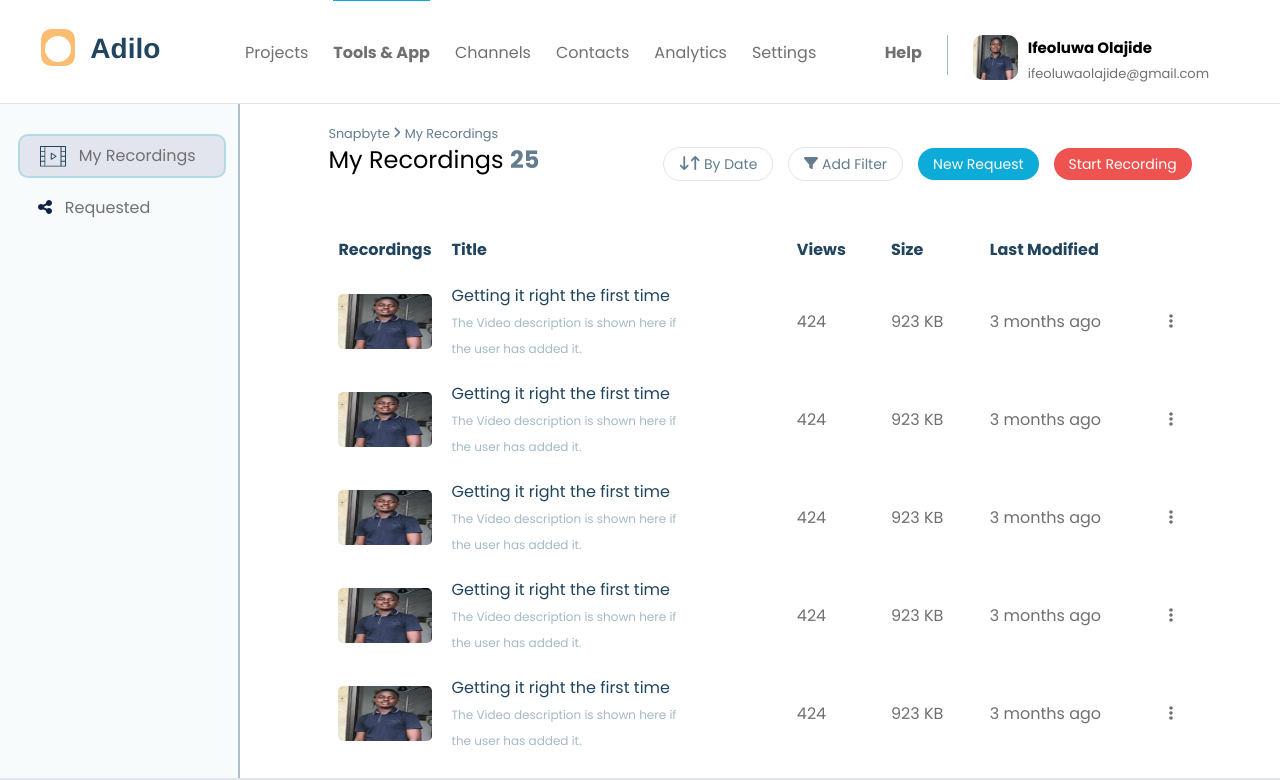
Repository: olhighjay/video_recorder
Page: /
The author's editor kept a copy of each file at every save. The page is drawn from the files as they stood at one save, then again after the next save.
The browser window is 1280 px wide. The pictures show the whole page.
Some web libraries are served in a nearby version. The project was rebuilt for these pictures with package versions that can differ from the ones it lists, and the page was loaded fresh each time. Also part of the build but not shown: vue.config.js.

Above is the page before, as saved 2022-07-29 08:32:15.

After the next save:
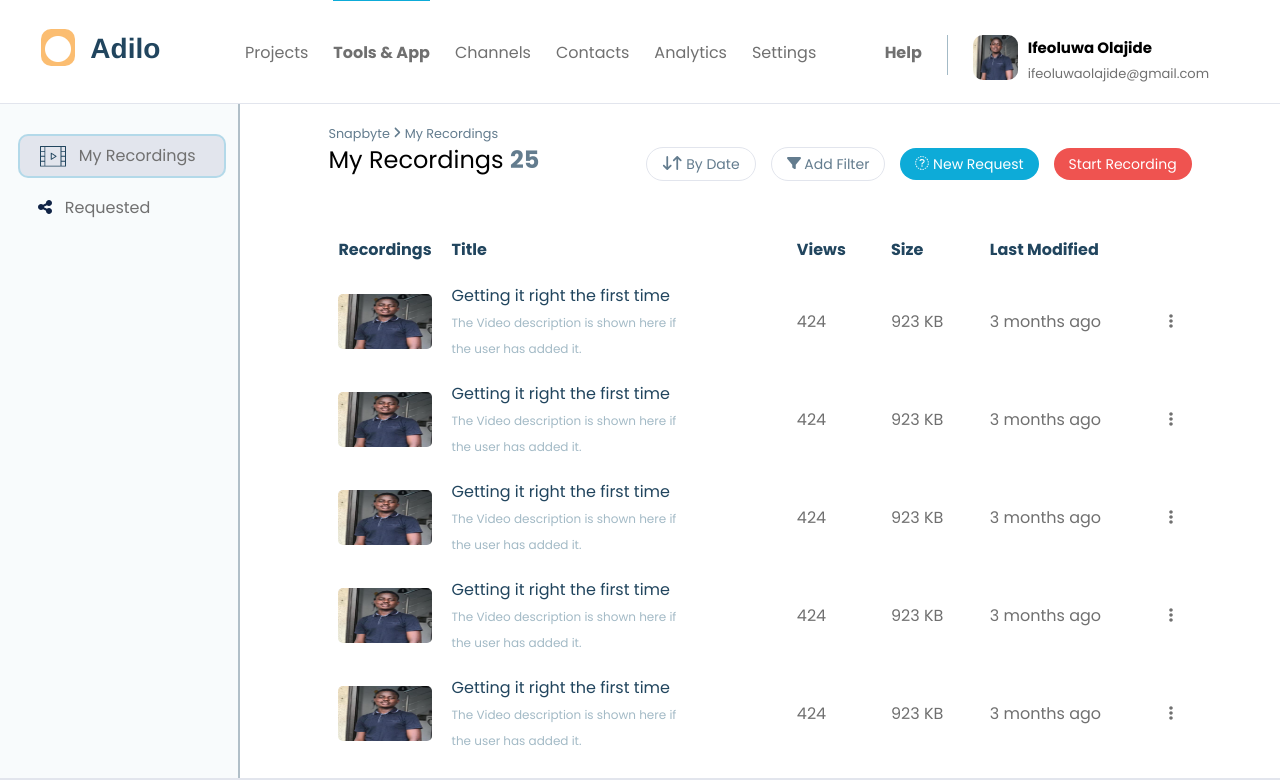
Saved 63 s later.
--- a/src/App.vue
+++ b/src/App.vue
@@ -24,7 +24,10 @@
                   <i class="fa-solid fa-filter"></i>
                   Add Filter
                 </button>
-                <button class="sub-heading-btn blue-btn">New Request</button>
+                <button class="sub-heading-btn blue-btn">
+                  <i class="fa-regular fa-video"></i>
+                  New Request
+                </button>
                 <button class="sub-heading-btn red-btn">Start Recording</button>
               </div>
             </div>
